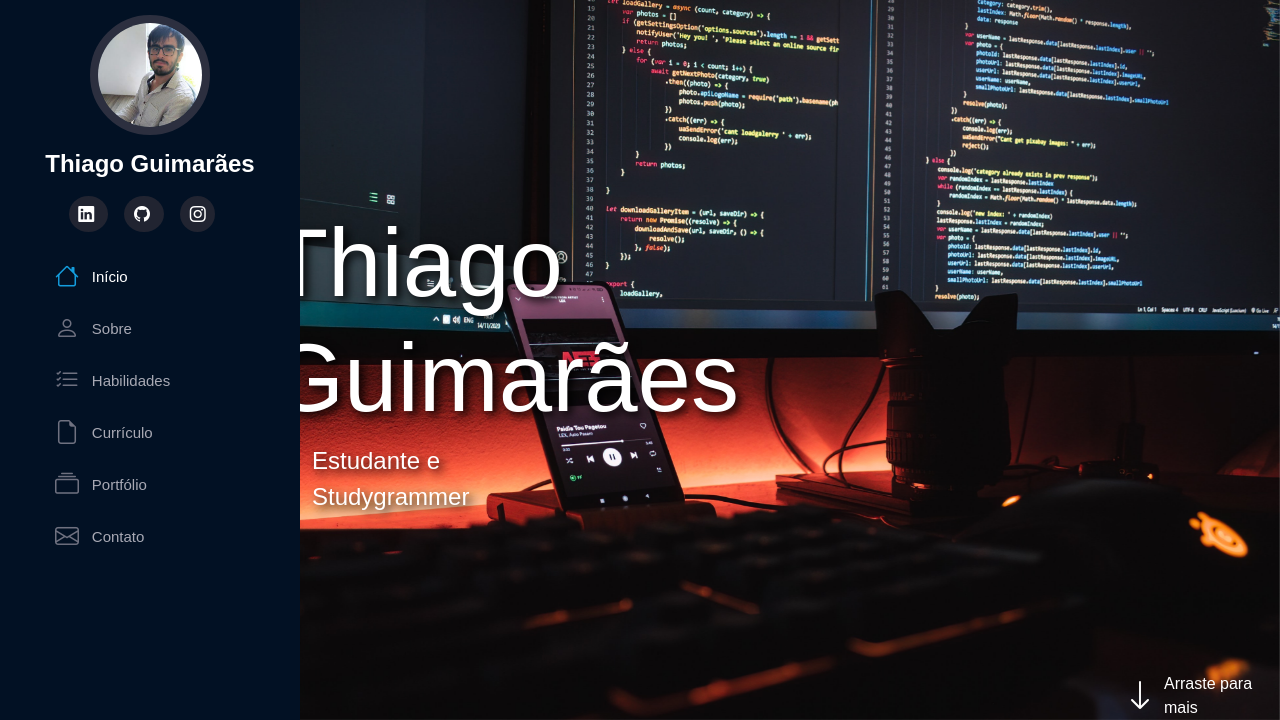
Repository: Rayago/projeto-portfolio
Page: http://localhost/
An editor plug-in stored every save of this project. The page is shown before and after the next save, followed by the edit.
The browser window is 1280 px wide. The pictures show the whole page.
Some web fonts or font styles are not loaded; a fallback is used. The page is served by the project's application, run on Flask 3 (app.py).

Above is the page before, as saved 2022-07-12 20:30:54.

After the next save:
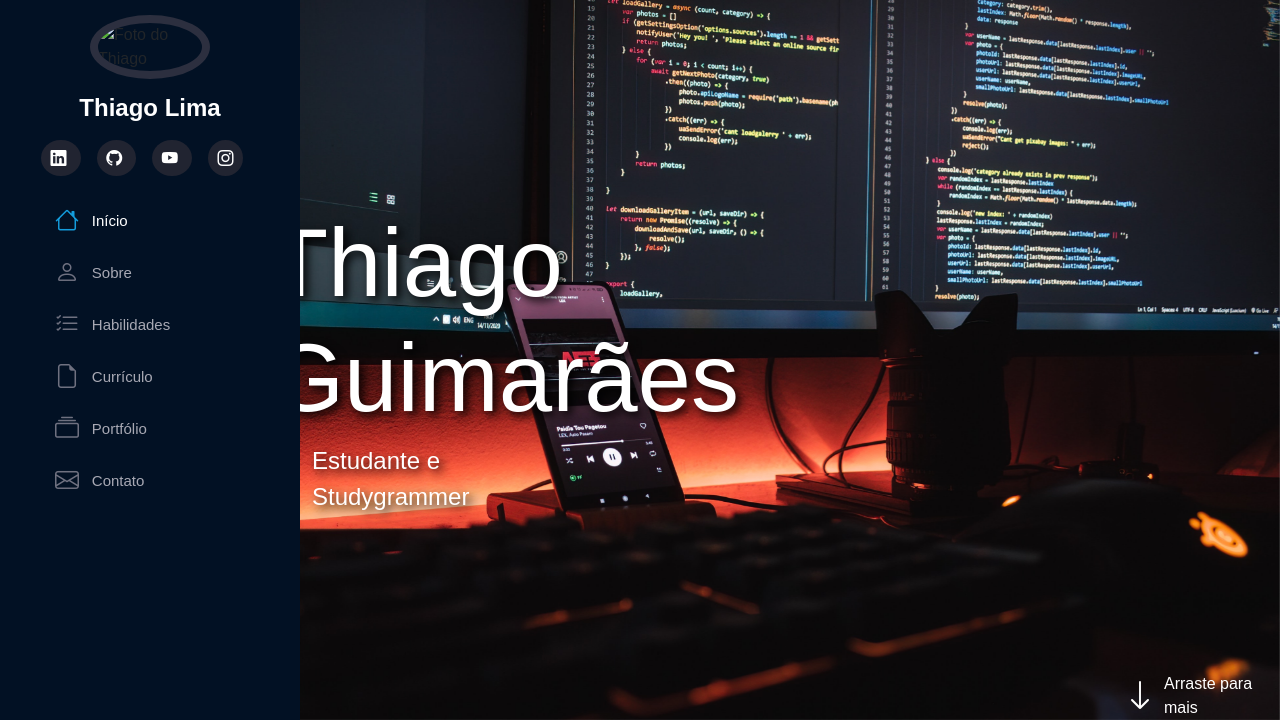
Not found: static/img/perfil.jpg
Saved 70 s later.
--- a/templates/index.html
+++ b/templates/index.html
@@ -16,16 +16,19 @@
 
     <aside id="header">
         <section class="profile">
-            <img src="../static/img/meu_perfil.jpg" alt="Foto Perfil"/>
-            <h1>Thiago Guimarães</h1>
+            <img src="../static/img/perfil.jpg" alt="Foto do Thiago">
+            <h1>Thiago Lima</h1>
             <div class="social-links mt-4 text-center">
-                <a target="_blank" href="https://www.linkedin.com/in/raymundo-thiago">
+                <a target="_blank" href="https://www.linkedin.com/in/thicode/">
                     <i class="bi bi-linkedin"></i>
                 </a>
-                <a target="_blank" href="https://www.github.com/Rayago">
+                <a target="_blank" href="https://github.com/codethi">
                     <i class="bi bi-github"></i>
                 </a>
-                <a target="_blank" href="https://www.instagram.com/estudatech">
+                <a target="_blank" href="https://www.youtube.com/channel/UCnATHGHftSGHbhn6uF8dEUA">
+                    <i class="bi bi-youtube"></i>
+                </a>
+                <a target="_blank" href="https://www.instagram.com/thi.code/">
                     <i class="bi bi-instagram"></i>
                 </a>
             </div>

After the save that followed:
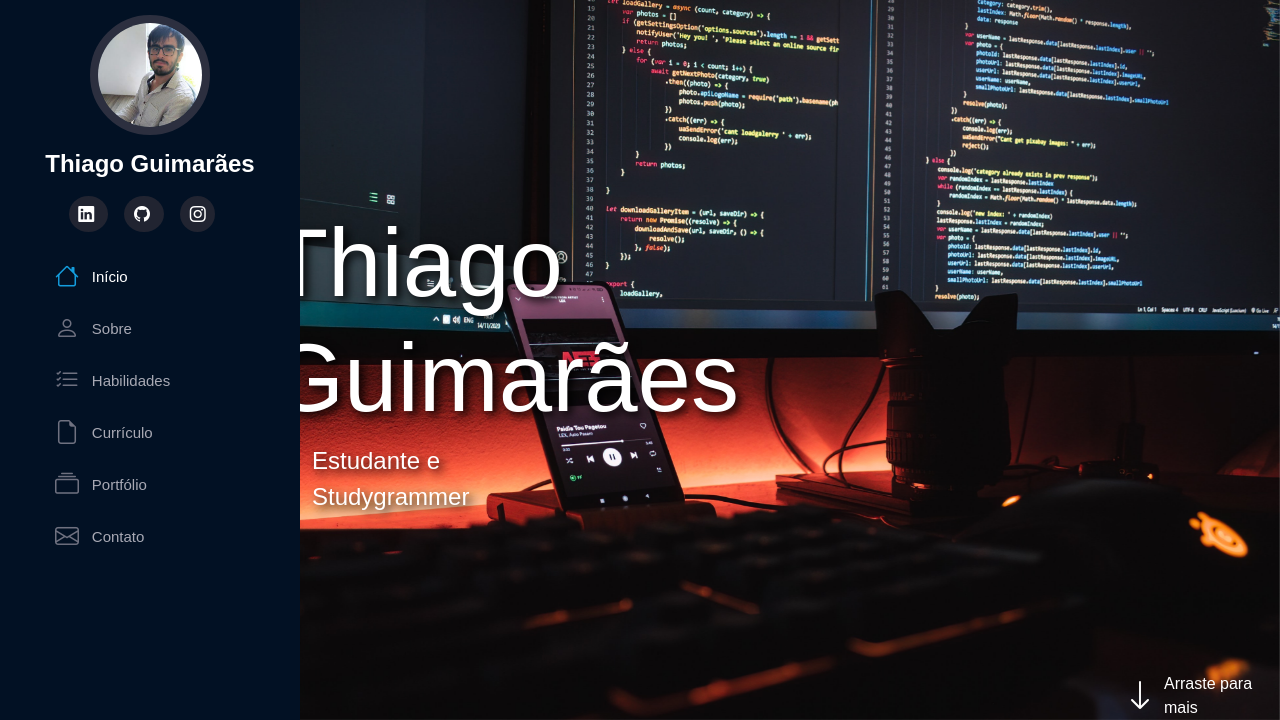
Saved 10 s later.
--- a/templates/index.html
+++ b/templates/index.html
@@ -16,19 +16,16 @@
 
     <aside id="header">
         <section class="profile">
-            <img src="../static/img/perfil.jpg" alt="Foto do Thiago">
-            <h1>Thiago Lima</h1>
+            <img src="../static/img/meu_perfil.jpg" alt="Foto Perfil"/>
+            <h1>Thiago Guimarães</h1>
             <div class="social-links mt-4 text-center">
-                <a target="_blank" href="https://www.linkedin.com/in/thicode/">
+                <a target="_blank" href="https://www.linkedin.com/in/raymundo-thiago">
                     <i class="bi bi-linkedin"></i>
                 </a>
-                <a target="_blank" href="https://github.com/codethi">
+                <a target="_blank" href="https://www.github.com/Rayago">
                     <i class="bi bi-github"></i>
                 </a>
-                <a target="_blank" href="https://www.youtube.com/channel/UCnATHGHftSGHbhn6uF8dEUA">
-                    <i class="bi bi-youtube"></i>
-                </a>
-                <a target="_blank" href="https://www.instagram.com/thi.code/">
+                <a target="_blank" href="https://www.instagram.com/estudatech">
                     <i class="bi bi-instagram"></i>
                 </a>
             </div>
